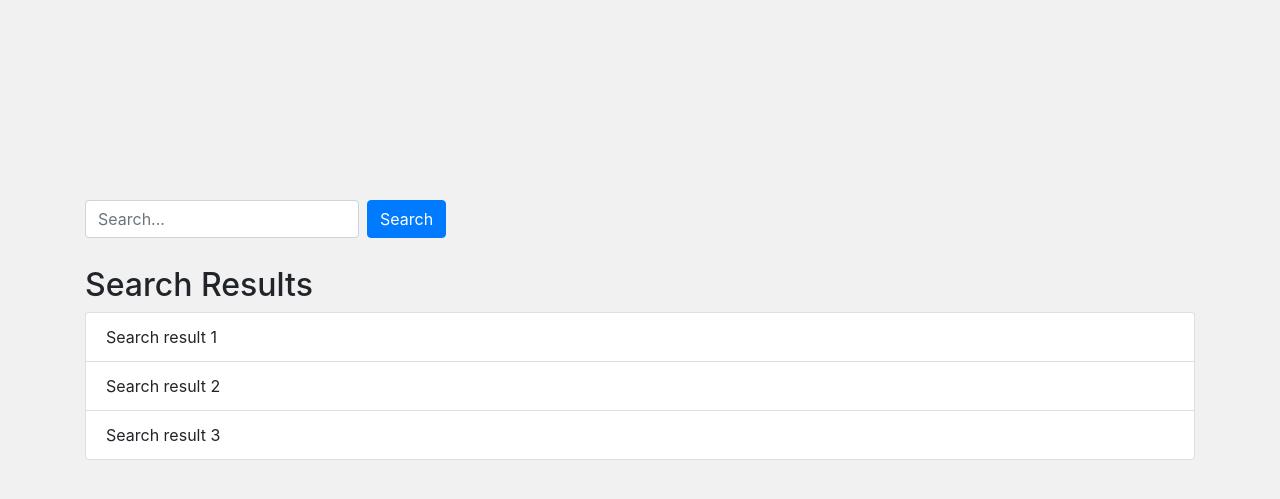
Repository: roistyx/ask-ChatGBT-travel-recommendations
Page: Backend/src/views/search.html
The author's editor kept a copy of each file at every save. The page is drawn from the files as they stood at one save, then again after the next save.
The browser window is 1280 px wide. The pictures show the whole page.

Above is the page before, as saved 2023-03-20 12:15:56.

### Backend/src/views/search.html
<!DOCTYPE html>
<html>

<head>
    <title>Bootstrap Search Form with Search Results</title>
    <link rel="stylesheet" href="https://stackpath.bootstrapcdn.com/bootstrap/4.3.1/css/bootstrap.min.css">
    <style>
        body {
            padding-top: 200px;
            background-color: #f1f1f1;
        }

        .search-results {
            margin-top: 20px;
        }
    </style>
</head>

<body>
    <div class="container">
        <form class="form-inline" >
            <div class="form-group mb-2">
                <label for="search-input" class="sr-only">Search</label>
                <input type="text" class="form-control" maxlength="20" id="search-input"  placeholder="Search...">
            </div>
            <button type="submit" class="btn btn-primary mb-2 ml-2">Search</button>
        </form>
        <div class="search-results">
            <h2>Search Results</h2>
            <ul class="list-group">
                <li class="list-group-item">Search result 1</li>
                <li class="list-group-item">Search result 2</li>
                <li class="list-group-item">Search result 3</li>
            </ul>
        </div>
    </div>
</body>

</html>

After the next save:
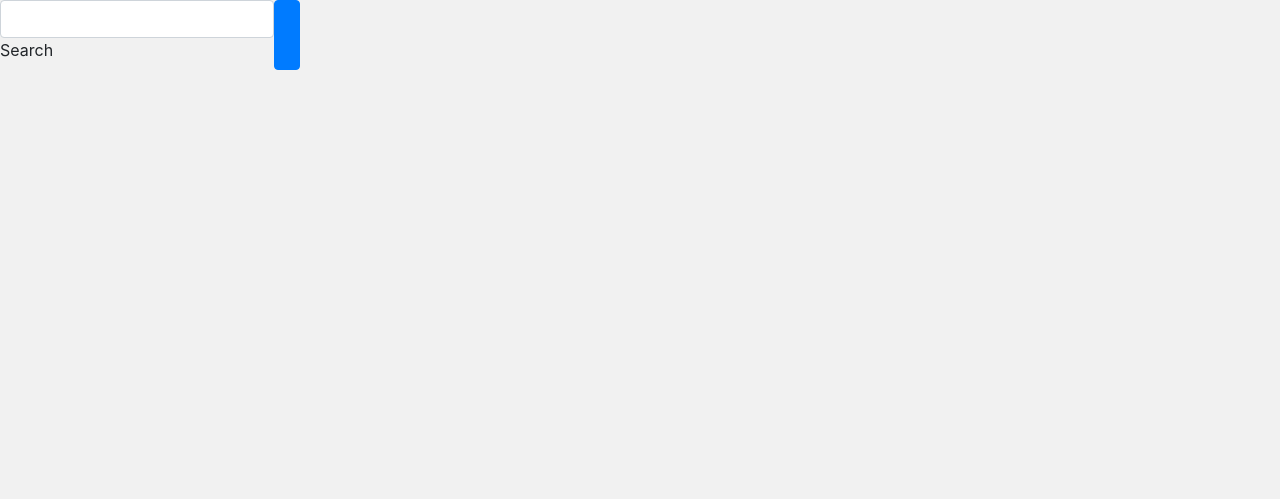
Saved 110 s later.
--- a/Backend/src/views/search.html
+++ b/Backend/src/views/search.html
@@ -1,39 +1,26 @@
 <!DOCTYPE html>
 <html>
-
 <head>
-    <title>Bootstrap Search Form with Search Results</title>
-    <link rel="stylesheet" href="https://stackpath.bootstrapcdn.com/bootstrap/4.3.1/css/bootstrap.min.css">
-    <style>
-        body {
-            padding-top: 200px;
-            background-color: #f1f1f1;
-        }
-
-        .search-results {
-            margin-top: 20px;
-        }
-    </style>
+  <title>Bootstrap Search Form with Search Results</title>
+  <link rel="stylesheet" href="https://stackpath.bootstrapcdn.com/bootstrap/4.3.1/css/bootstrap.min.css">
+  <style>
+    body {
+      background-color: #f1f1f1;
+    }
+    .search-results {
+      margin-top: 20px;
+    }
+  </style>
 </head>
-
 <body>
-    <div class="container">
-        <form class="form-inline" >
-            <div class="form-group mb-2">
-                <label for="search-input" class="sr-only">Search</label>
-                <input type="text" class="form-control" maxlength="20" id="search-input"  placeholder="Search...">
-            </div>
-            <button type="submit" class="btn btn-primary mb-2 ml-2">Search</button>
-        </form>
-        <div class="search-results">
-            <h2>Search Results</h2>
-            <ul class="list-group">
-                <li class="list-group-item">Search result 1</li>
-                <li class="list-group-item">Search result 2</li>
-                <li class="list-group-item">Search result 3</li>
-            </ul>
-        </div>
+<div class="input-group">
+    <div class="form-outline">
+        <input type="search" id="form1" class="form-control" />
+        <label class="form-label" for="form1">Search</label>
     </div>
+    <button type="button" class="btn btn-primary">
+        <i class="fas fa-search"></i>
+    </button>
+</div>
 </body>
-
 </html>
